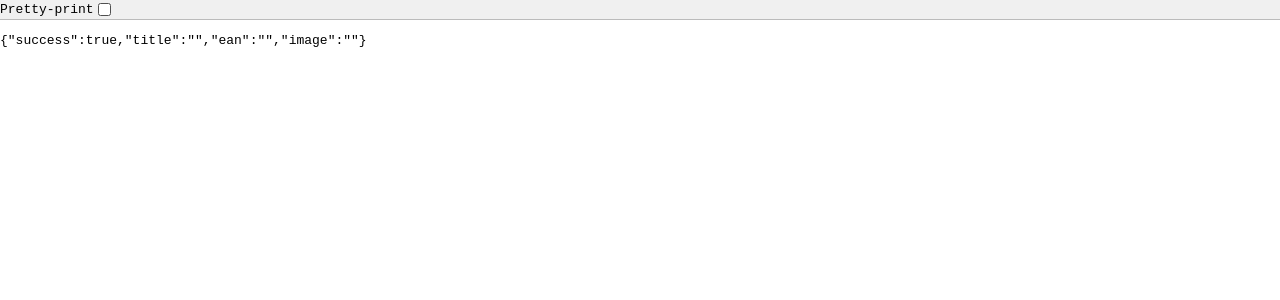
Repository: DaveCala/AplikacjaMeble
Page: http://localhost/editor/add_variation.php
The author's editor kept a copy of each file at every save. The page is drawn from the files as they stood at one save, then again after the next save.
The browser window is 1280 px wide. The pictures show the whole page.
The page is run by PHP 8.4 with error messages shown; the project is at /var/www/html/.

Above is the page before, as saved 2024-12-05 09:46:09.

### editor/add_variation.php
<?php
header('Content-Type: application/json');

$conn = new mysqli('localhost', 'username', 'password', 'database');
if ($conn->connect_error) {
    echo json_encode(['success' => false, 'message' => 'Błąd połączenia z bazą danych.']);
    exit;
}

$title = $_POST['title'] ?? '';
$ean = $_POST['ean'] ?? '';
$imagePath = null;

// Obsługa przesyłania obrazu
if (!empty($_FILES['main_image']['name'])) {
    $targetDir = 'uploads/';
    $imagePath = $targetDir . basename($_FILES['main_image']['name']);
    move_uploaded_file($_FILES['main_image']['tmp_name'], $imagePath);
}

$stmt = $conn->prepare("INSERT INTO variations (product_id, title, main_image, ean, created_at) VALUES (1, ?, ?, ?, NOW())");
$stmt->bind_param("sss", $title, $imagePath, $ean);

if ($stmt->execute()) {
    echo json_encode([
        'success' => true,
        'title' => $title,
        'ean' => $ean,
        'image' => basename($imagePath),
    ]);
} else {
    echo json_encode(['success' => false, 'message' => 'Błąd podczas dodawania wariacji.']);
}

$stmt->close();
$conn->close();

After the next save:
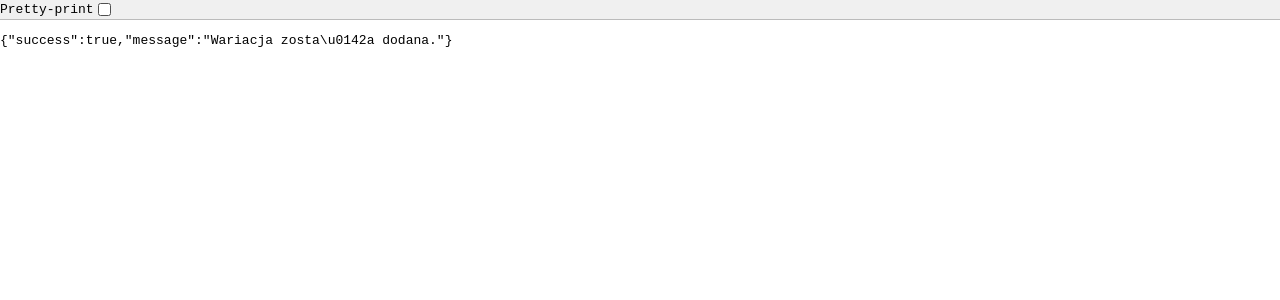
Saved 8 s later.
--- a/editor/add_variation.php
+++ b/editor/add_variation.php
@@ -7,29 +7,27 @@ if ($conn->connect_error) {
     exit;
 }
 
+// Pobranie danych z formularza
 $title = $_POST['title'] ?? '';
 $ean = $_POST['ean'] ?? '';
 $imagePath = null;
 
-// Obsługa przesyłania obrazu
+// Obsługa przesyłania pliku
 if (!empty($_FILES['main_image']['name'])) {
     $targetDir = 'uploads/';
     $imagePath = $targetDir . basename($_FILES['main_image']['name']);
     move_uploaded_file($_FILES['main_image']['tmp_name'], $imagePath);
 }
 
-$stmt = $conn->prepare("INSERT INTO variations (product_id, title, main_image, ean, created_at) VALUES (1, ?, ?, ?, NOW())");
-$stmt->bind_param("sss", $title, $imagePath, $ean);
+// Wstawienie danych do bazy
+$product_id = 1; // Zakładam, że zawsze dodajesz wariacje do produktu o ID 1
+$stmt = $conn->prepare("INSERT INTO variations (product_id, title, main_image, ean, created_at) VALUES (?, ?, ?, ?, NOW())");
+$stmt->bind_param("isss", $product_id, $title, $imagePath, $ean);
 
 if ($stmt->execute()) {
-    echo json_encode([
-        'success' => true,
-        'title' => $title,
-        'ean' => $ean,
-        'image' => basename($imagePath),
-    ]);
+    echo json_encode(['success' => true, 'message' => 'Wariacja została dodana.']);
 } else {
-    echo json_encode(['success' => false, 'message' => 'Błąd podczas dodawania wariacji.']);
+    echo json_encode(['success' => false, 'message' => 'Nie udało się dodać wariacji.']);
 }
 
 $stmt->close();
